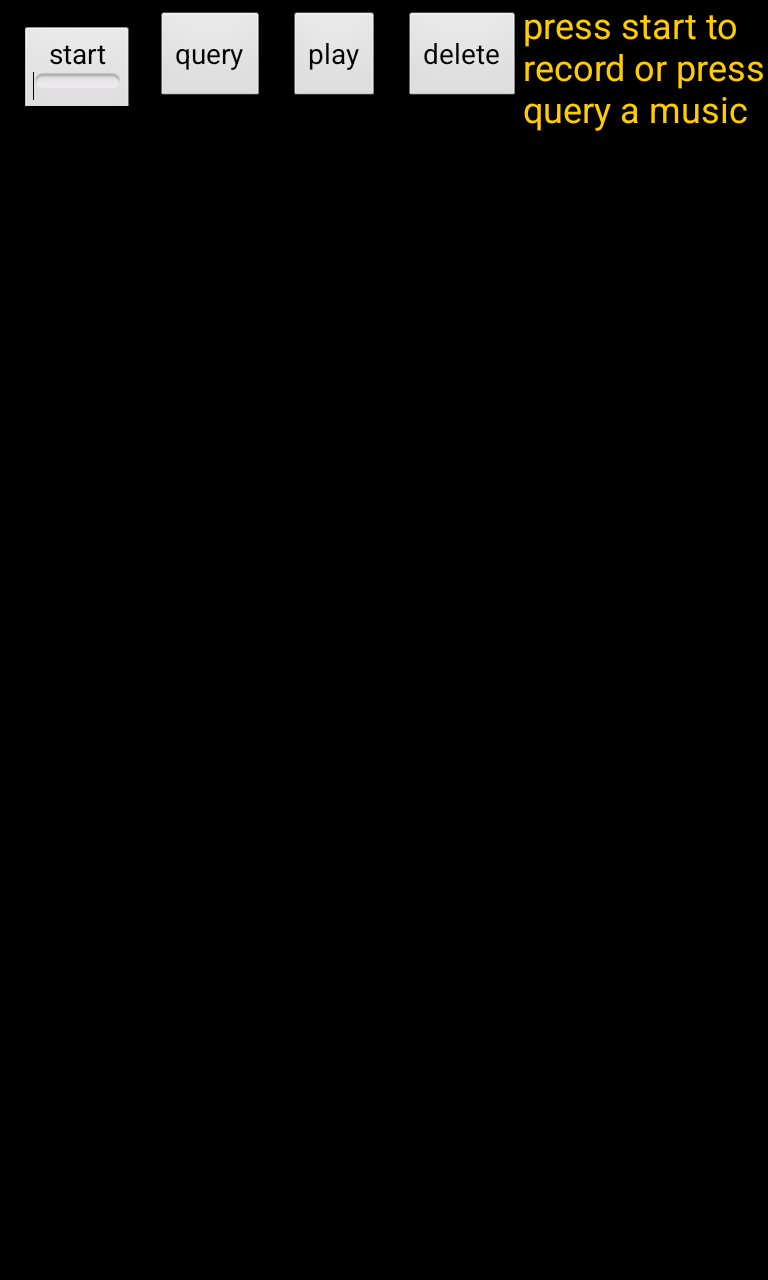
Repository: FreyrChen/tucan_Linux_practice
Layout: 4_Android_program/MusicIdentify/res/layout/activity_main.xml
An editor plug-in stored every save of this project. The layout is shown before and after the next save, followed by the edit.
It is drawn on a 768 x 1280 px phone screen (xhdpi) without system bars, with theme AppTheme; the app's code is not run. Lists and similar views that code fills are empty.

Above is the layout before, as saved 2013-05-31 06:51:53.

### 4_Android_program/MusicIdentify/res/layout/activity_main.xml
<LinearLayout xmlns:android="http://schemas.android.com/apk/res/android"
    xmlns:tools="http://schemas.android.com/tools"
    android:layout_width="match_parent"
    android:layout_height="match_parent"
    android:background="#000000"
    tools:context=".MainActivity" >

 <LinearLayout
  android:id="@+id/LinearLayout01"
  android:layout_width="wrap_content"
  android:layout_height="wrap_content">
     <ToggleButton
		android:id="@+id/start_button"
		android:textOn="@string/stop"
		android:textOff="@string/start"
		android:layout_width="wrap_content"
  		android:layout_height="wrap_content"
	    android:layout_marginTop="5dp"
	    android:layout_marginLeft="10dp"
 	/>

    <Button
	 	android:id="@+id/query_button"
	 	android:text="@string/query"
	 android:layout_width="wrap_content"
  		android:layout_height="wrap_content"
	    android:layout_marginTop="5dp"
	    android:layout_marginLeft="10dp"
 	/>

    <Button
	 	android:id="@+id/play_button"
		android:text="@string/play"
				android:layout_width="wrap_content"
  		android:layout_height="wrap_content"
	    android:layout_marginTop="5dp"
	    android:layout_marginLeft="10dp"
 	/>

    <Button
	 	android:id="@+id/delete_button"
	 	android:text="@string/delete"
	 			android:layout_width="wrap_content"
  		android:layout_height="wrap_content"
	    android:layout_marginTop="5dp"
	    android:layout_marginLeft="10dp"
 	/>
</LinearLayout>

    <TextView
        android:id="@+id/info_text"
        android:layout_width="wrap_content"
        android:layout_height="wrap_content"
        android:textSize="18sp"
        android:text="@string/init_text"
        android:background="#00FF0000"
	    android:textColor="#FFCC00"
    />

	<ListView
        android:id="@+id/music_List"
        android:layout_width="wrap_content"
        android:layout_height="wrap_content"
        android:background="#00FF0000"
	    android:textColor="#FF0000"
    />

</LinearLayout>

### 4_Android_program/MusicIdentify/res/values/strings.xml
<?xml version="1.0" encoding="utf-8"?>
<resources>

    <string name="app_name">MusicIdentify</string>
    <string name="init_text">press start to record or press query a music</string>
    <string name="menu_settings">Settings</string>
    <string name="start">start</string>
    <string name="stop">stop</string>
    <string name="play">play</string>
    <string name="query">query</string>
    <string name="delete">delete</string>


</resources>

Loaded but not shown: 4_Android_program/MusicIdentify/res/values/styles.xml (common file)

After the next save:
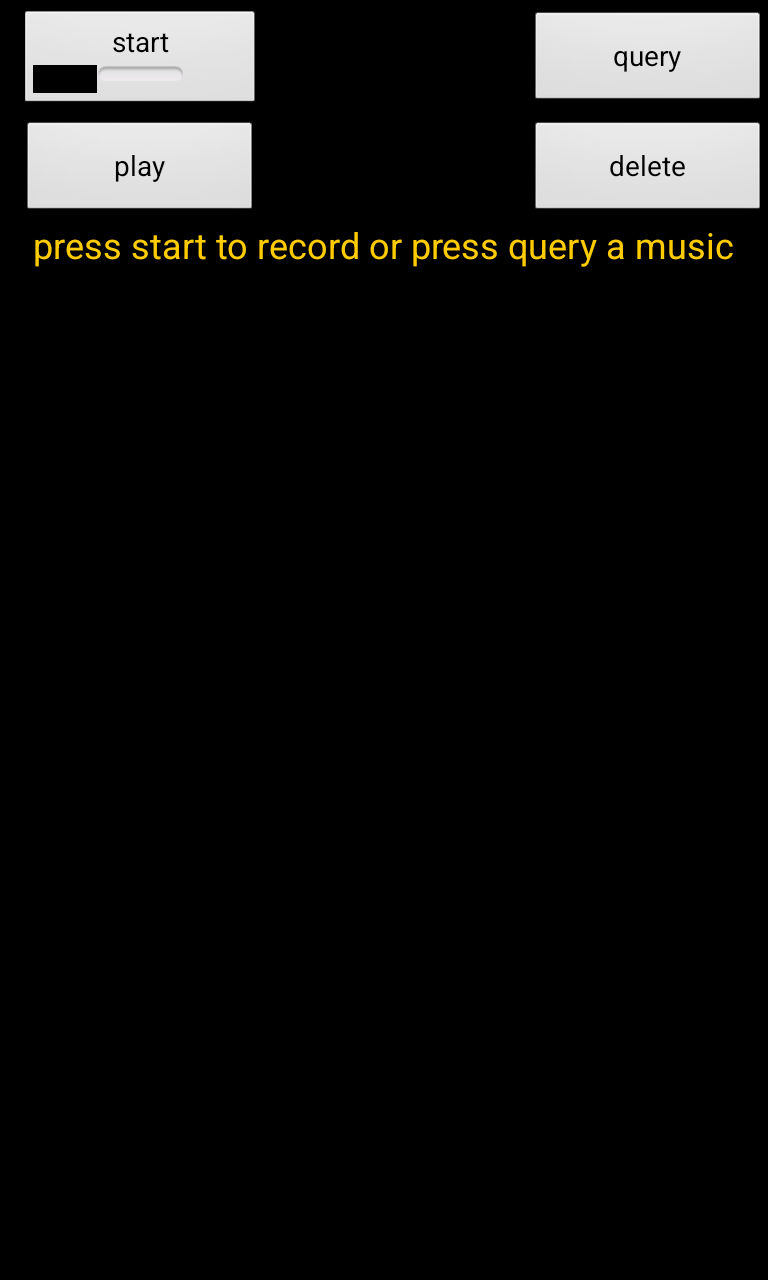
Saved 2 min 20 s later.
--- a/4_Android_program/MusicIdentify/res/layout/activity_main.xml
+++ b/4_Android_program/MusicIdentify/res/layout/activity_main.xml
@@ -1,68 +1,77 @@
-<LinearLayout xmlns:android="http://schemas.android.com/apk/res/android"
+<RelativeLayout xmlns:android="http://schemas.android.com/apk/res/android"
     xmlns:tools="http://schemas.android.com/tools"
     android:layout_width="match_parent"
     android:layout_height="match_parent"
     android:background="#000000"
     tools:context=".MainActivity" >
 
- <LinearLayout
-  android:id="@+id/LinearLayout01"
-  android:layout_width="wrap_content"
-  android:layout_height="wrap_content">
+
      <ToggleButton
 		android:id="@+id/start_button"
 		android:textOn="@string/stop"
 		android:textOff="@string/start"
-		android:layout_width="wrap_content"
-  		android:layout_height="wrap_content"
+	 	android:layout_width="120dp"
+	 	android:layout_height="50dp"
+	    android:layout_alignParentLeft="true"
 	    android:layout_marginTop="5dp"
 	    android:layout_marginLeft="10dp"
  	/>
 
     <Button
 	 	android:id="@+id/query_button"
+	 	android:layout_width="120dp"
+	 	android:layout_height="50dp"
 	 	android:text="@string/query"
-	 android:layout_width="wrap_content"
-  		android:layout_height="wrap_content"
 	    android:layout_marginTop="5dp"
 	    android:layout_marginLeft="10dp"
+	    android:layout_alignParentRight="true"
  	/>
 
     <Button
 	 	android:id="@+id/play_button"
 		android:text="@string/play"
-				android:layout_width="wrap_content"
-  		android:layout_height="wrap_content"
+	 	android:layout_width="120dp"
+	 	android:layout_height="50dp"
+	    android:layout_alignParentLeft="true"
 	    android:layout_marginTop="5dp"
 	    android:layout_marginLeft="10dp"
+	    android:layout_below="@+id/start_button"
  	/>
+
 
     <Button
 	 	android:id="@+id/delete_button"
+	 	android:layout_width="120dp"
+	 	android:layout_height="50dp"
 	 	android:text="@string/delete"
-	 			android:layout_width="wrap_content"
-  		android:layout_height="wrap_content"
 	    android:layout_marginTop="5dp"
 	    android:layout_marginLeft="10dp"
+	    android:layout_alignParentRight="true"
+	    android:layout_below="@+id/query_button"
  	/>
-</LinearLayout>
 
     <TextView
         android:id="@+id/info_text"
         android:layout_width="wrap_content"
         android:layout_height="wrap_content"
+        android:layout_centerHorizontal="true"
         android:textSize="18sp"
         android:text="@string/init_text"
         android:background="#00FF0000"
 	    android:textColor="#FFCC00"
+	    android:layout_below="@+id/delete_button"
     />
 
 	<ListView
         android:id="@+id/music_List"
         android:layout_width="wrap_content"
         android:layout_height="wrap_content"
+        android:layout_centerHorizontal="true"
         android:background="#00FF0000"
 	    android:textColor="#FF0000"
+	    android:layout_below="@+id/info_text"
     />
 
-</LinearLayout>
+
+
+</RelativeLayout>
